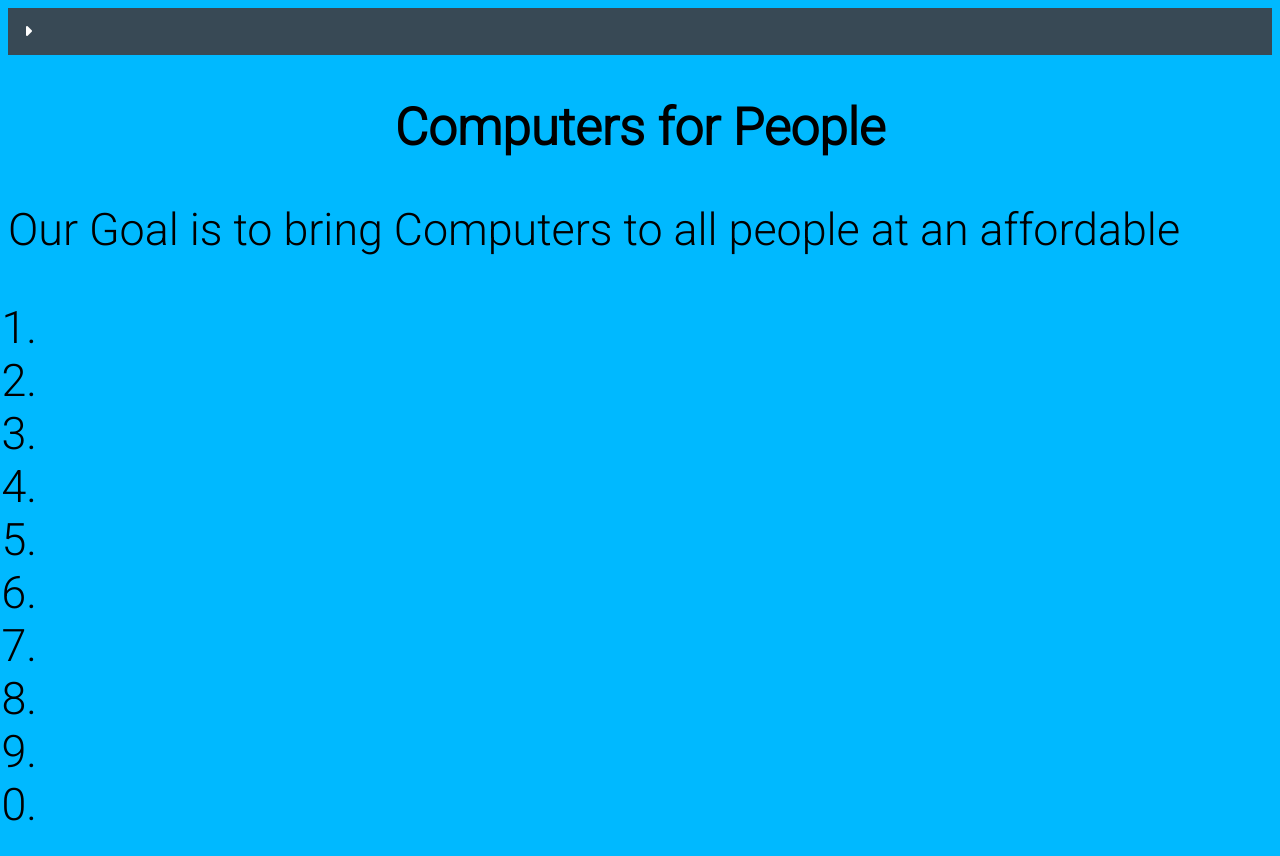
Repository: thecptwaffles/cfp-Website
Page: index.html
The author's editor kept a copy of each file at every save. The page is drawn from the files as they stood at one save, then again after the next save.
The browser window is 1280 px wide. The pictures show the part of the page from y = 0 to 856 px (the page is 1713 px tall before and 1747 px after).
A picture or video elsewhere on the page could not be fetched, so the positions and the page height are approximate. Some web fonts or font styles are not loaded; a fallback is used. Some web libraries are served in a nearby version.

Above is the page before, as saved 2022-07-02 12:08:50.

After the next save:
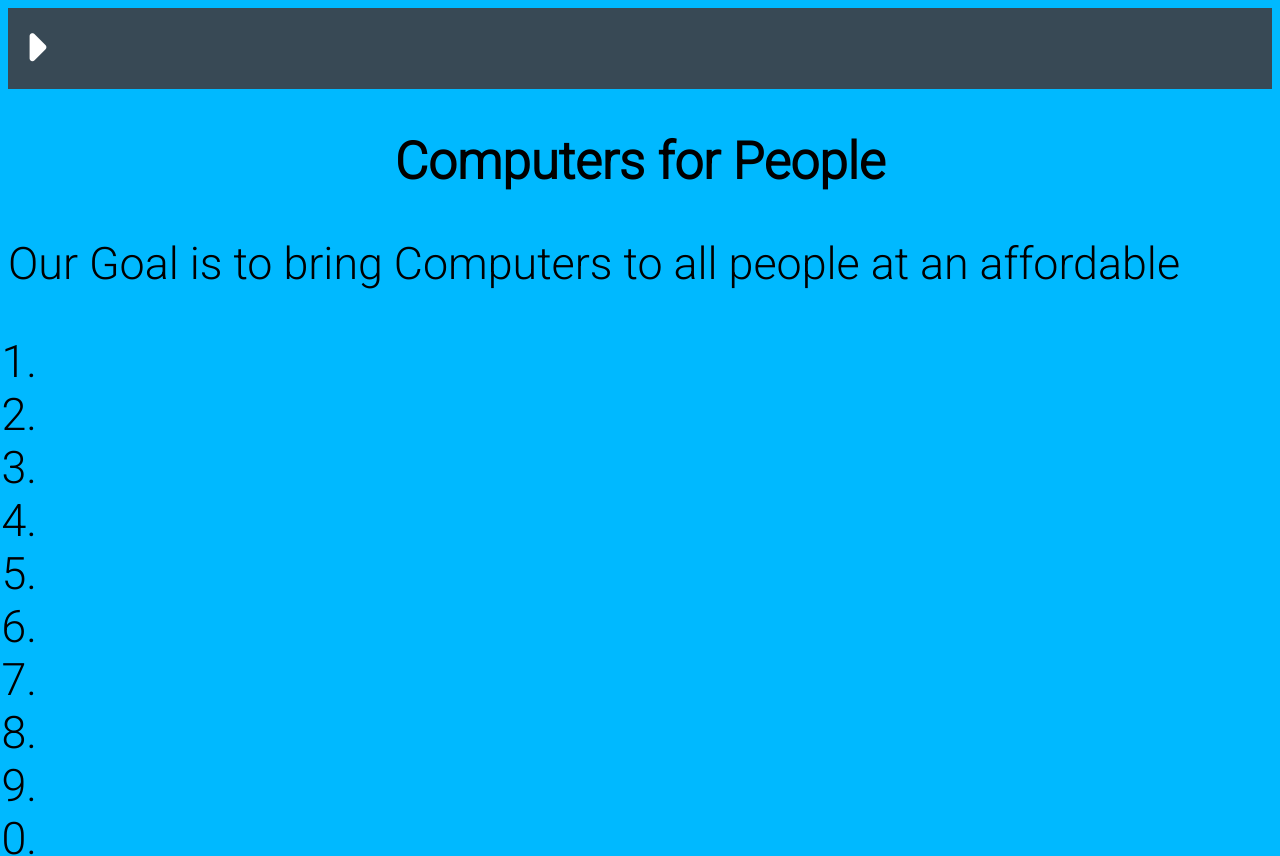
Saved 50 s later.
--- a/style.css
+++ b/style.css
@@ -86,7 +86,7 @@ div.gallery img {
 
 /* Dropdown button */
 .dropdown .dropbtn {
-    font-size: 16px;
+    font-size: 3.5vw;
     border: none;
     outline: none;
     color: white;
